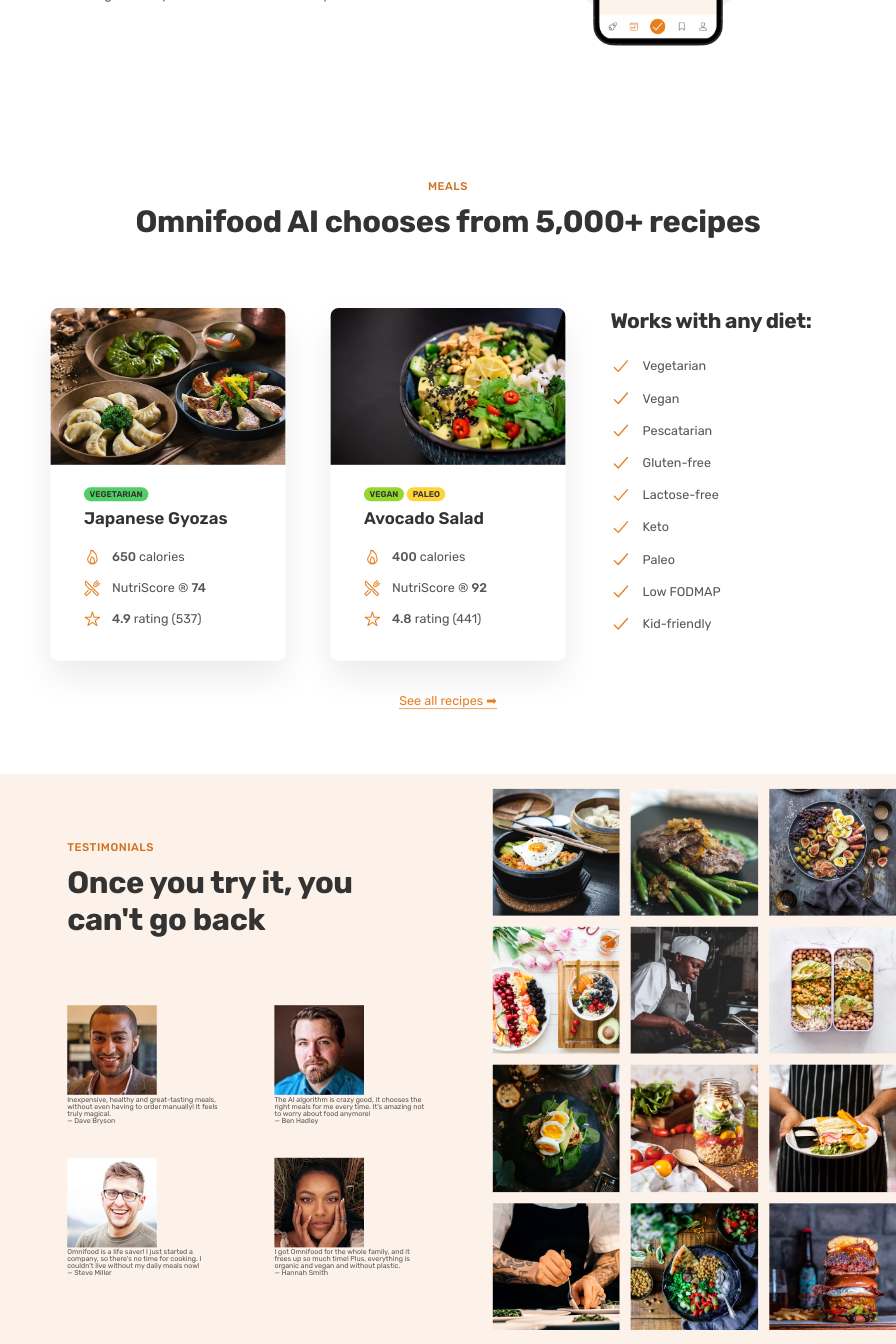
Repository: TranPhucThinh/Omnifood
Page: index.html
These files come from the project's save history. The page is drawn as it stood at one moment and after the next save; the edit follows.
The browser window is 1280 px wide. The pictures show the part of the page from y = 2490 to 4410 px (the page is 4410 px tall before and 4370 px after), at 70% of full size.

Above is the page before, as saved 2022-08-06 21:45:51.

### index.html
<!DOCTYPE html>
<html lang="en">

<head>
    <meta charset="UTF-8">
    <meta http-equiv="X-UA-Compatible" content="IE=edge">
    <meta name="viewport" content="width=device-width, initial-scale=1.0">

    <link rel="preconnect" href="https://fonts.googleapis.com">
    <link rel="preconnect" href="https://fonts.gstatic.com" crossorigin>
    <link href="https://fonts.googleapis.com/css2?family=Rubik:wght@300;400;500;600;700;800;900&display=swap"
        rel="stylesheet">

    <link rel="stylesheet" href="./assets/styles/general.css">
    <link rel="stylesheet" href="./assets/styles/style.css">

    <title>Omnifood</title>
</head>

<body>
    <!-- SECTION HEADER -->
    <div class="header">
        <a href="#">
            <img src="./assets/imgs/omnifood-logo.png" alt="Omnifood logo" class="header-logo">
        </a>
        <nav class="main-nav">
            <ul class="main-nav-list">
                <li>
                    <a href="#" class="main-nav-link">How it works</a>
                </li>
                <li>
                    <a href="#" class="main-nav-link">Meals</a>
                </li>
                <li>
                    <a href="#" class="main-nav-link">Testimonials</a>
                </li>
                <li>
                    <a href="#" class="main-nav-link">Pricing</a>
                </li>
                <li>
                    <a href="#" class="main-nav-link nav-btn">Try for free</a>
                </li>
            </ul>
        </nav>
    </div>
    <!-- End of SECTION HEADER -->

    <!-- SECTION HERO -->
    <section class="section-hero">
        <div class="hero">
            <div class="hero-text-box">
                <h1 class="heading-primary">A healthy meal delivered to your door, every single day</h1>
                <p class="hero-desc margin-bottom-md">The smart 365-days-per-year food subscription that will make you
                    eat healthy again.
                    Tailored to your personal tastes and nutritional needs.</p>
                <a href="#" class="btn btn--full margin-right-sm">Start eating well</a>
                <a href="#" class="btn btn--outline">Learn more ⬇</a>
                <div class="delivered-meals">
                    <div class="delivered-imgs">
                        <img src="./assets/imgs/customers/customer-1.jpg" alt="customer 1">
                        <img src="./assets/imgs/customers/customer-2.jpg" alt="customer 2">
                        <img src="./assets/imgs/customers/customer-3.jpg" alt="customer 3">
                        <img src="./assets/imgs/customers/customer-4.jpg" alt="customer 4">
                        <img src="./assets/imgs/customers/customer-5.jpg" alt="customer 5">
                        <img src="./assets/imgs/customers/customer-6.jpg" alt="customer 6">
                    </div>
                    <p class="delivered-text">
                        <span>250,000+</span> meals delivered last year!
                    </p>
                </div>
            </div>
            <div class="hero-img-box">
                <img src="./assets/imgs/hero.png"
                    alt="woman enjoy food, meals in storage container, and food bowls on a table" class="hero-img">
            </div>
        </div>
    </section>
    <!-- End of SECTION HERO -->

    <!-- SECTION FEATURED -->
    <section class="section-featured">
        <div class="container">
            <h2 class="heading-feature-in">As featured in</h2>
            <div class="logos">
                <img src="./assets/imgs/logos/techcrunch.png" alt="Techcrunch logo">
                <img src="./assets/imgs/logos/business-insider.png" alt="business insider logo">
                <img src="./assets/imgs/logos/the-new-york-times.png" alt="The new york time logo">
                <img src="./assets/imgs/logos/forbes.png" alt="Forbes logo">
                <img src="./assets/imgs/logos/usa-today.png" alt="Usa today logo">
            </div>
        </div>
    </section>
    <!-- End of SECTION FEATURED -->

    <!-- SECTION HOW IT WORKS -->
    <section class="section-how">
        <div class="container">
            <p class="subheading">HOW IT WORKS</p>
            <h2 class="heading-secondary">Your daily dose of health in 3 simple steps</h2>
        </div>
        <div class="container grid grid--2-cols grid--center-vertical">
            <!-- STEP 1 -->
            <div class="step-text-box">
                <div class="step-number">01</div>
                <h3 class="heading-tertiary">Tell us what you like (and what not)</h3>
                <p class="step-desc">Never again waste time thinking about what to eat! Omnifood AI will create a 100%
                    personalized weekly meal plan just for you. It makes sure you get all the nutrients and vitamins you
                    need, no matter what diet you follow!</p>
            </div>
            <div class="step-img-box">
                <img src="./assets/imgs/app/app-screen-1.png" alt="iPhone app preferences selection screen"
                    class="step-img">
            </div>

            <!-- STEP 2 -->
            <div class="step-img-box">
                <img src="./assets/imgs/app/app-screen-2.png" alt="iPhone app
                meal approving plan screen" class="step-img">
            </div>
            <div class="step-text-box">
                <div class="step-number">02</div>
                <h3 class="heading-tertiary">Approve your weekly meal plan</h3>
                <p class="step-desc">Once per week, approve the meal plan generated for you by Omnifood AI. You can
                    change ingredients, swap entire meals, or even add your own recipes.</p>
            </div>

            <!-- STEP 3 -->
            <div class="step-text-box">
                <div class="step-number">03</div>
                <h3 class="heading-tertiary">Receive meals at convenient time</h3>
                <p class="step-desc">Best chefs in town will cook your selected meal every day, and we will deliver it
                    to your door whenever works best for you. You can change delivery schedule and address daily!</p>
            </div>
            <div class="step-img-box">
                <img src="./assets/imgs/app/app-screen-3.png" alt="iPhone app
                delivery screen" class="step-img">
            </div>
        </div>
    </section>
    <!-- End of SECTION HOW IT WORKS -->

    <!-- SECTION MEALS -->
    <section class="section-meals">
        <div class="container center-text">
            <p class="subheading">Meals</p>
            <h2 class="heading-secondary">Omnifood AI chooses from 5,000+ recipes</h2>
        </div>
        <div class="container grid grid--3-cols margin-bottom-md">
            <div class="meal">
                <img src="./assets/imgs/meals/meal-1.jpg" alt="Japanese Gyozas" class="meal-img">
                <div class="meal-content">
                    <div class="meal-tag">
                        <p class="tag tag--vegetarian">vegetarian</p>
                    </div>
                    <p class="meal-title">Japanese Gyozas</p>
                    <ul class="meal-attributes">
                        <li class="meal-attribute">
                            <ion-icon class="meal-icon" name="flame-outline"></ion-icon>
                            <span><strong>650</strong> calories</span>
                        </li>
                        <li class="meal-attribute">
                            <ion-icon class="meal-icon" name="restaurant-outline"></ion-icon>
                            <span>NutriScore ® <strong>74</strong></span>
                        </li>
                        <li class="meal-attribute">
                            <ion-icon class="meal-icon" name="star-outline"></ion-icon>
                            <span><strong>4.9</strong> rating (537)</span>
                        </li>
                    </ul>
                </div>
            </div>
            <div class="meal">
                <img src="./assets/imgs/meals/meal-2.jpg" alt="Avocado Salad" class="meal-img">
                <div class="meal-content">
                    <div class="meal-tag">
                        <p class="tag tag--vegan">vegan</p>
                        <p class="tag tag---paleo">paleo</p>
                    </div>
                    <p class="meal-title">Avocado Salad</p>
                    <ul class="meal-attributes">
                        <li class="meal-attribute">
                            <ion-icon class="meal-icon" name="flame-outline"></ion-icon>
                            <span><strong>400</strong> calories</span>
                        </li>
                        <li class="meal-attribute">
                            <ion-icon class="meal-icon" name="restaurant-outline"></ion-icon>
                            <span>NutriScore ® <strong>92</strong></span>
                        </li>
                        <li class="meal-attribute">
                            <ion-icon class="meal-icon" name="star-outline"></ion-icon>
                            <span><strong>4.8</strong> rating (441)</span>
                        </li>
                    </ul>
                </div>
            </div>
            <div class="diet">
                <h3 class="heading-tertiary">Works with any diet:</h3>
                <ul class="list">
                    <li class="list-item">
                        <ion-icon class="list-icon" name="checkmark-outline"></ion-icon>
                        <span>Vegetarian</span>
                    </li>
                    <li class="list-item">
                        <ion-icon class="list-icon" name="checkmark-outline"></ion-icon>
                        <span>Vegan</span>
                    </li>
                    <li class="list-item">
                        <ion-icon class="list-icon" name="checkmark-outline"></ion-icon>
                        <span>Pescatarian</span>
                    </li>
                    <li class="list-item">
                        <ion-icon class="list-icon" name="checkmark-outline"></ion-icon>
                        <span>Gluten-free</span>
                    </li>
                    <li class="list-item">
                        <ion-icon class="list-icon" name="checkmark-outline"></ion-icon>
                        <span>Lactose-free</span>
                    </li>
                    <li class="list-item">
                        <ion-icon class="list-icon" name="checkmark-outline"></ion-icon>
                        <span>Keto</span>
                    </li>
                    <li class="list-item">
                        <ion-icon class="list-icon" name="checkmark-outline"></ion-icon>
                        <span>Paleo</span>
                    </li>
                    <li class="list-item">
                        <ion-icon class="list-icon" name="checkmark-outline"></ion-icon>
                        <span>Low FODMAP</span>
                    </li>
                    <li class="list-item">
                        <ion-icon class="list-icon" name="checkmark-outline"></ion-icon>
                        <span>Kid-friendly</span>
                    </li>
                </ul>
            </div>
        </div>
        <div class="container all-recipes center-text">
            <a href="#" class="link">See all recipes ➡</a>
        </div>
    </section>
    <!-- End of SECTION MEALS -->

    <!-- SECTION TESTIMONIALS -->
    <div class="section-testimonials">
        <div class="testimonials-container">
            <div class="subheading">testimonials</div>
            <div class="heading-secondary">Once you try it, you can't go back</div>
            <div class="testimonials">
                <div class="testimonial">
                    <img src="./assets/imgs/customers/dave.jpg" alt="Photo of customer Dave Bryson"
                        class="testimonial-img">
                    <blockquote class="testimonial-text">Inexpensive, healthy and great-tasting meals, without even
                        having to order manually! It feels truly magical.</blockquote>
                    <p class="testimonial-name">— Dave Bryson</p>
                </div>
                <div class="testimonial">
                    <img src="./assets/imgs/customers/ben.jpg" alt="Photo of customer Ben Hadley"
                        class="testimonial-img">
                    <blockquote class="testimonial-text">The AI algorithm is crazy good, it chooses the right meals for
                        me every time. It's amazing not to worry about food anymore!</blockquote>
                    <p class="testimonial-name">— Ben Hadley</p>
                </div>
                <div class="testimonial">
                    <img src="./assets/imgs/customers/steve.jpg" alt="Photo of customer Steve Miller"
                        class="testimonial-img">
                    <blockquote class="testimonial-text">Omnifood is a life saver! I just started a company, so there's
                        no time for cooking. I couldn't live without my daily meals now!</blockquote>
                    <p class="testimonial-name">— Steve Miller</p>
                </div>
                <div class="testimonial">
                    <img src="./assets/imgs/customers/hannah.jpg" alt="Photo of customer Hannah Smith"
                        class="testimonial-img">
                    <blockquote class="testimonial-text">I got Omnifood for the whole family, and it frees up so much
                        time! Plus, everything is organic and vegan and without plastic.</blockquote>
                    <p class="testimonial-name">— Hannah Smith</p>
                </div>
            </div>
        </div>
        <div class="gallery">
            <img src="./assets/imgs/gallery/gallery-1.jpg" alt="Photo of beautifully arranged food"
                class="gallery-item">
            <img src="./assets/imgs/gallery/gallery-2.jpg" alt="Photo of beautifully arranged food"
                class="gallery-item">
            <img src="./assets/imgs/gallery/gallery-3.jpg" alt="Photo of beautifully arranged food"
                class="gallery-item">
            <img src="./assets/imgs/gallery/gallery-4.jpg" alt="Photo of beautifully arranged food"
                class="gallery-item">
            <img src="./assets/imgs/gallery/gallery-5.jpg" alt="Photo of beautifully arranged food"
                class="gallery-item">
            <img src="./assets/imgs/gallery/gallery-6.jpg" alt="Photo of beautifully arranged food"
                class="gallery-item">
            <img src="./assets/imgs/gallery/gallery-7.jpg" alt="Photo of beautifully arranged food"
                class="gallery-item">
            <img src="./assets/imgs/gallery/gallery-8.jpg" alt="Photo of beautifully arranged food"
                class="gallery-item">
            <img src="./assets/imgs/gallery/gallery-9.jpg" alt="Photo of beautifully arranged food"
                class="gallery-item">
            <img src="./assets/imgs/gallery/gallery-10.jpg" alt="Photo of beautifully arranged food"
                class="gallery-item">
            <img src="./assets/imgs/gallery/gallery-11.jpg" alt="Photo of beautifully arranged food"
                class="gallery-item">
            <img src="./assets/imgs/gallery/gallery-12.jpg" alt="Photo of beautifully arranged food"
                class="gallery-item">
        </div>
    </div>
    <!-- End of SECTION TESTIMONIALS -->

    <script type="module" src="https://unpkg.com/ionicons@5.5.2/dist/ionicons/ionicons.esm.js"></script>
    <script nomodule src="https://unpkg.com/ionicons@5.5.2/dist/ionicons/ionicons.js"></script>
</body>

</html>

### assets/styles/general.css
* {
  margin: 0;
  padding: 0;
  box-sizing: border-box;
}

html {
  font-size: 62.5%;
}

body {
  font-family: 'Rubik', sans-serif;
  line-height: 1;
  font-weight: 400;
  color: #555;
}

/* GENERAL REUSABLE COMPONENTS */
.container {
  max-width: 120rem;
  padding: 0 3.2rem;
  margin: 0 auto;
}

.grid {
  display: grid;
  row-gap: 9.6rem;
  column-gap: 6.4rem;
}

.grid--2-cols {
  grid-template-columns: repeat(2, 1fr);
}

.grid--3-cols {
  grid-template-columns: repeat(3, 1fr);
}

.grid--4-cols {
  grid-template-columns: repeat(4, 1fr);
}

.grid--center-vertical {
  align-items: center;
}

.heading-primary,
.heading-secondary,
.heading-tertiary {
  letter-spacing: -0.5px;
  color: #333;
  font-weight: 700;
}

.heading-primary {
  line-height: 1.05;
  font-size: 5.2rem;
  margin-bottom: 3.2rem;
}

.heading-secondary {
  font-size: 4.4rem;
  line-height: 1.2;
  margin-bottom: 9.6rem;
}

.heading-tertiary {
  font-size: 3rem;
  line-height: 1.2;
  margin-bottom: 3.2rem;
}

.subheading {
  font-size: 1.6rem;
  color: #cf711f;
  margin-bottom: 1.6rem;
  font-weight: 500;
  letter-spacing: 0.75px;
  text-transform: uppercase;
}

.hero-text-box .btn:link,
.hero-text-box .btn:visited {
  text-decoration: none;
  font-size: 2rem;
  font-weight: 600;
  display: inline-block;
  border-radius: 8px;
  padding: 1.6rem 3.2rem;
  transition: all 0.3s;
}

.hero-text-box .btn--full:link,
.hero-text-box .btn--full:visited {
  color: #fff;
  background-color: #e67e22;
}

.hero-text-box .btn--full:hover,
.hero-text-box .btn--full:active {
  background-color: #cf711f;
}

.hero-text-box .btn--outline:link,
.hero-text-box .btn--outline:visited {
  color: #555;
  background-color: #fff;
  border: -4px solid #fff;
}

.hero-text-box .btn--outline:hover,
.hero-text-box .btn--outline:active {
  background-color: #fdf2e9;
}

.step-img-box::before,
.step-img-box::after {
  content: '';
  display: block;
  position: absolute;
  top: 50%;
  left: 50%;
  transform: translate(-50%, -50%);
  border-radius: 50%;
}

.center-text {
  text-align: center;
}

.margin-right-sm {
  margin-right: 1.6rem !important;
}

.margin-bottom-md {
  margin-bottom: 4.8rem !important;
}
/* END of GENERAL REUSABLE COMPONENTS */

### assets/styles/style.css
/* Section Header */
.header {
  display: flex;
  justify-content: space-between;
  height: 9.6rem;
  align-items: center;
  padding: 0 4.8rem;
  background-color: #fdf2e9;
}

.header-logo {
  height: 2.2rem;
}

.main-nav-list {
  display: flex;
  list-style-type: none;
  gap: 3.2rem;
}

.main-nav-link:link,
.main-nav-link:visited {
  text-decoration: none;
  font-size: 1.8rem;
  color: #333;
  font-weight: 500;
  transition: all 0.3s;
}

.main-nav-link:hover,
.main-nav-link:active {
  color: #cf711f;
}

.main-nav-link.nav-btn:link,
.main-nav-link.nav-btn:visited {
  padding: 1.2rem 2.4rem;
  border-radius: 9px;
  background-color: #e67e22;
  color: #fff;
}

.main-nav-link.nav-btn:hover,
.main-nav-link.nav-btn:active {
  color: #fff;
  background-color: #cf711f;
}
/* End of Section Header */

/* Section Hero */
.section-hero {
  background-color: #fdf2e9;
  padding: 4.8rem 0 9.6rem;
}

.hero {
  max-width: 130rem;
  margin: 0 auto;
  display: grid;
  grid-template-columns: 1fr 1fr;
  gap: 9.6rem;
  padding: 0 3.2rem;
  align-items: center;
}

.hero-text-box .hero-desc {
  font-size: 2rem;
  color: #555;
  line-height: 1.6;
  /* margin-bottom: 4.8rem; */
}

.hero-img-box .hero-img {
  width: 100%;
}

.delivered-meals {
  margin-top: 8rem;
  display: flex;
  align-items: center;
  gap: 1.6rem;
}

.delivered-imgs {
  display: flex;
}

.delivered-imgs img {
  width: 4.8rem;
  height: 4.8rem;
  border-radius: 50%;
  border: 3px solid #fff;
  margin-right: -1.6rem;
}

.delivered-imgs img:last-child {
  margin-right: 0;
}

.delivered-text {
  font-size: 1.8rem;
  font-weight: 600;
}

.delivered-text span {
  font-weight: 700;
  color: #cf711f;
}
/* End of Section Hero */

/* Section featured */
.section-featured {
  padding: 4.8rem 0 3.2rem;
}
.logos {
  display: flex;
  justify-content: space-around;
}

.heading-feature-in {
  font-size: 1.4rem;
  text-transform: uppercase;
  letter-spacing: 0.75px;
  font-weight: 500;
  color: #888;
  text-align: center;
  margin-bottom: 2.4rem;
}

.section-featured img {
  height: 3.2rem;
  filter: brightness(0%);
  opacity: 0.5;
}
/* End of Section featured */

/* Section how it works */
.section-how {
  padding: 9.6rem 0;
}
.step-number {
  font-size: 8.6rem;
  color: #ddd;
  font-weight: 600;
  margin-bottom: 1.2rem;
}

.step-desc {
  font-size: 1.8rem;
  color: #555;
  line-height: 1.8;
}

.step-img-box {
  text-align: center;
  position: relative;
}

.step-img-box::before {
  width: 60%;
  padding-bottom: 60%;

  background-color: #fdf2e9;
  z-index: -2;
}

.step-img-box::after {
  width: 45%;
  padding-bottom: 45%;
  background-color: #fae5d3;
  z-index: -1;
}

.step-img {
  width: 35%;
}
/* End of Section how it works */

/* Section meals */
.section-meals {
  padding: 9.6rem 0;
}
.meal {
  border-radius: 12px;
  overflow: hidden;
  box-shadow: 0 2.4rem 4.8rem rgb(0 0 0 / 8%);
  transition: all 0.4s;
}

.meal:hover {
  transform: translateY(-1.2rem);
}

.meal-img {
  width: 100%;
  display: block;
}

.meal-content {
  padding: 3.2rem 4.8rem 4.8rem;
}

.meal-tag {
  margin-bottom: 1.2rem;
}

.tag {
  display: inline-block;
  font-size: 1.2rem;
  text-transform: uppercase;
  color: #333;
  font-weight: 600;
  padding: 4px 8px;
  border-radius: 12px;
}

.tag--vegetarian {
  background-color: #51cf66;
}

.tag--vegan {
  background-color: #94d82d;
  margin-right: 2px;
}

.tag---paleo {
  background-color: #ffd43b;
}

.meal-title {
  font-size: 2.4rem;
  color: #333;
  font-weight: 600;
  margin-bottom: 3.2rem;
}

.meal-attributes {
  list-style-type: none;
  display: flex;
  flex-direction: column;
  justify-content: space-between;
  gap: 2rem;
}

.meal-attribute {
  font-size: 1.8rem;
  display: flex;
  gap: 1.6rem;
  align-items: center;
}

.meal-attribute strong {
  font-weight: 500;
}

.meal-attribute .meal-icon {
  width: 2.4rem;
  height: 2.4rem;
  color: #e67e22;
}

.list {
  list-style-type: none;
  display: flex;
  flex-direction: column;
  gap: 1.6rem;
}

.list-item {
  display: flex;
  gap: 1.6rem;
  align-items: center;
  font-size: 1.8rem;
}

.list-icon {
  width: 3rem;
  height: 3rem;
  color: #e67e22;
}

.link:link,
.link:visited {
  font-size: 1.8rem;
  border-bottom: 1px solid #e67e22;
  color: #e67e22;
  text-decoration: none;
  transition: all 0.3s;
}

.link:hover,
.link:active {
  color: #cf711f;
  border-bottom: 1px solid transparent;
}
/* End of Section meals */

/* Section Testimonials */
.section-testimonials {
  display: grid;
  grid-template-columns: 55fr 45fr;
  background-color: #fdf2e9;
  align-items: center;
}

.testimonials-container {
  padding: 9.6rem;
}

.testimonials {
  display: grid;
  grid-template-columns: repeat(2, 1fr);
  row-gap: 4.8rem;
  column-gap: 8rem;
}

.gallery {
  display: grid;
  grid-template-columns: repeat(3, 1fr);
  gap: 1.6rem;
}

.gallery-item {
  width: 100%;
}
/* End of Section Testimonials */

After the next save:
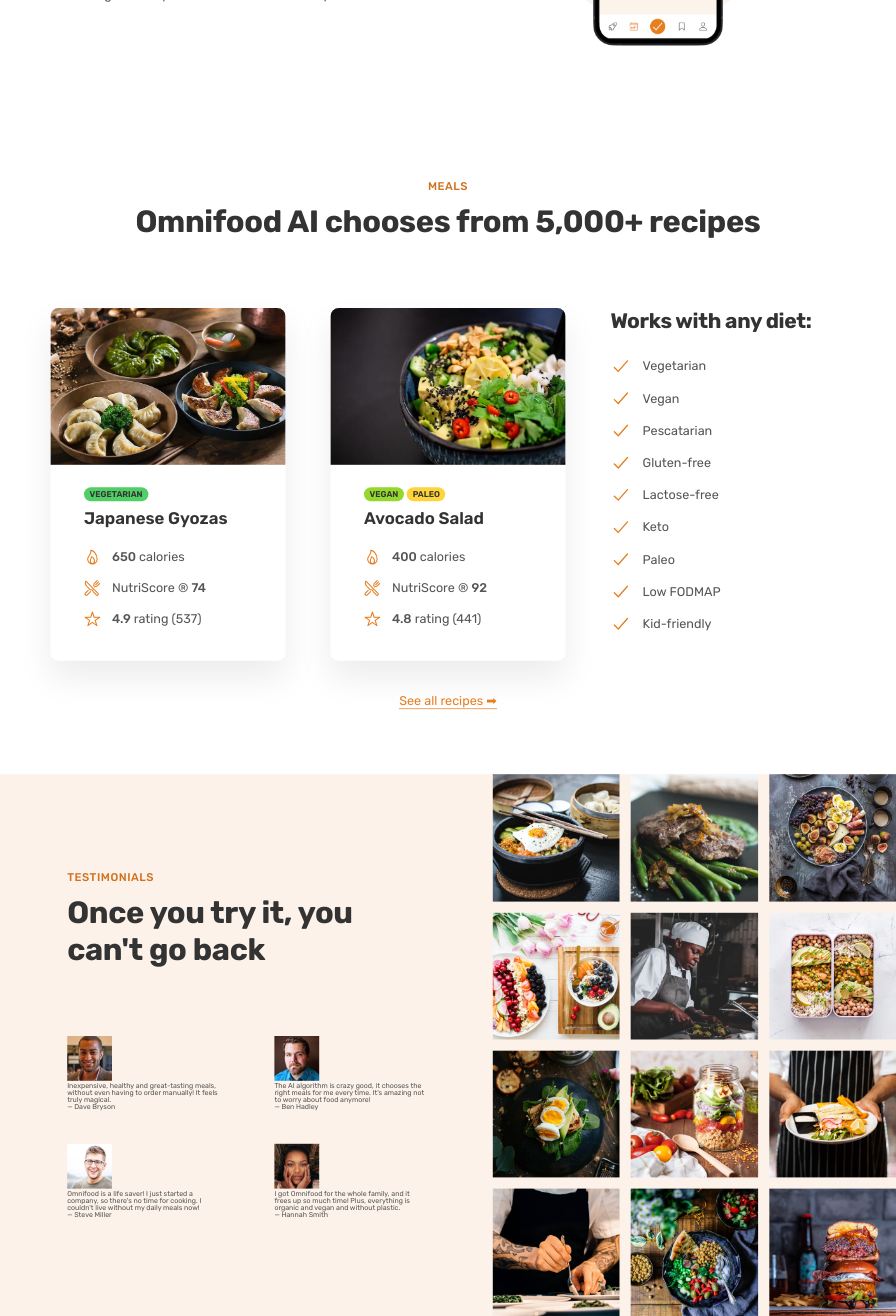
Saved 102 s later.
--- a/assets/styles/style.css
+++ b/assets/styles/style.css
@@ -314,6 +314,11 @@
   column-gap: 8rem;
 }
 
+.testimonial-img {
+  width: 6.4rem;
+  height: 6.4rem;
+}
+
 .gallery {
   display: grid;
   grid-template-columns: repeat(3, 1fr);
